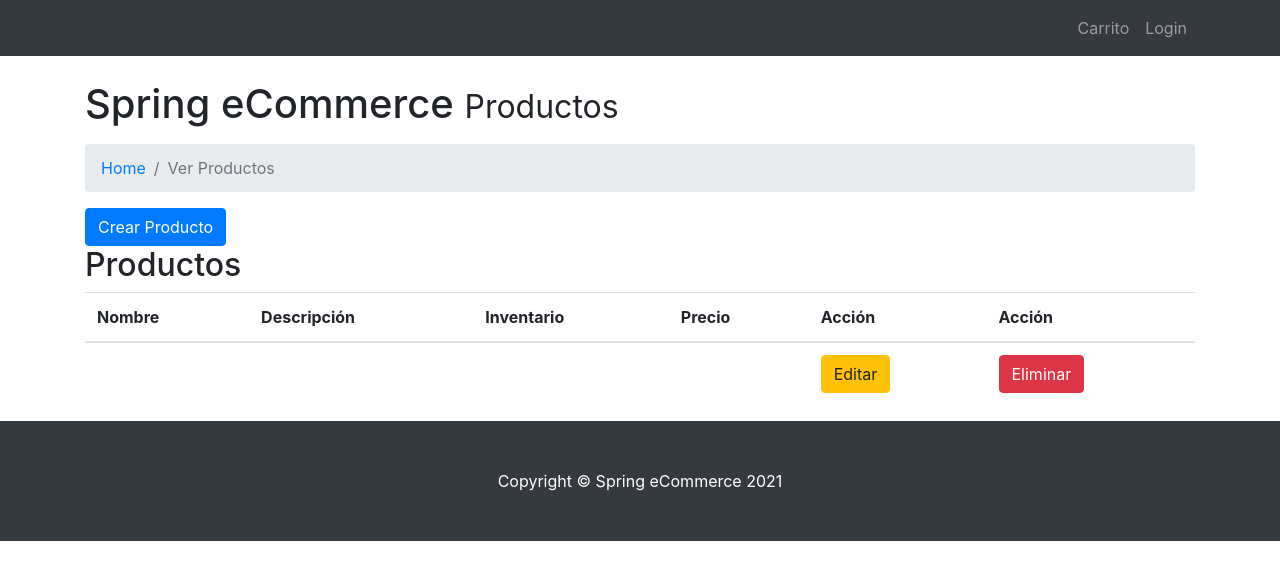
Repository: alexpool1122/Caso_Final_Laboratorio
Page: http://localhost/habitaciones
These files come from the project's save history. The page is drawn as it stood at one moment and after the next save; the edit follows.
The browser window is 1280 px wide. The pictures show the whole page.
The page is this project's Thymeleaf template; nobody is signed in. Other server files are loaded and not shown. The template is opened directly, without the code that normally fills it, so the values that code supplies are empty.

Above is the page before, as saved 2023-11-23 09:26:53.

### CasoFinal/src/main/resources/templates/habitaciones.html
<!DOCTYPE html>
<html xmlns="http://www.w3.org/1999/xhtml" xmlns:th="http://www.thymeleaf.org">

<head>
	<meta charset="utf-8">
	<meta name="viewport" content="width=device-width, initial-scale=1, shrink-to-fit=no">
	<meta name="description" content="">
	<meta name="author" content="">
	<title>Habitaciones</title>

	<link th:href="@{vendor/bootstrap/css/bootstrap.min.css}" rel="stylesheet">

	<link th:href="@{css/heroic-features.css}" rel="stylesheet">

</head>

<body>

	  <div th:include="templado_header_footer.html::header"></div>

	<!-- Page Content -->
	<div class="container">


		<!-- Page Heading/Breadcrumbs -->
		<h1 class="mt-4 mb-3">
			Spring eCommerce <small>Productos</small>
		</h1>

		<ol class="breadcrumb">
			<li class="breadcrumb-item"><a href="index.html">Home</a></li>
			<li class="breadcrumb-item active">Ver Productos</li>
		</ol>

		<a class="btn btn-primary" href="#"> Crear Producto</a>
		<h2>Productos</h2>
		<table class="table">
			<thead>
				<tr>
					<th scope="col">Nombre</th>
					<th scope="col">Descripción</th>
					<th scope="col">Inventario</th>
					<th scope="col">Precio</th>
					<th scope="col">Acción</th>
					<th scope="col">Acción</th>
				</tr>
			</thead>
			<tbody>
				<tr>
					<td></td>
					<td></td>
					<td></td>
					<td></td>
					<td><a class="btn btn-warning" href="">Editar</a> </td>
					<td><a class="btn btn-danger" href="">Eliminar</a> </td>
				</tr>
			</tbody>
		</table>

	</div>
	<!-- /.container -->

	  <div th:include="templado_header_footer.html::footer"></div>


	<script th:src="@{vendor/jquery/jquery.min.js}"></script>
    <script th:src="@{vendor/bootstrap/js/bootstrap.bundle.min.js}"></script>
</body>

</html>

### CasoFinal/src/main/resources/templates/templado_header_footer.html
<!DOCTYPE html>
<html xmlns="http://www.w3.org/1999/xhtml" xmlns:th="http://www.thymeleaf.org">

<head>
	<meta charset="utf-8">
	<meta name="viewport" content="width=device-width, initial-scale=1, shrink-to-fit=no">
	<meta name="description" content="">
	<meta name="author" content="">
	<title>Reservas</title>

	<link th:href="@{vendor/bootstrap/css/bootstrap.min.css}" rel="stylesheet">

	<link th:href="@{css/heroic-features.css}" rel="stylesheet">

</head>

<body>

	<div th:fragment="header">
		<nav class="navbar navbar-expand-lg navbar-dark bg-dark fixed-top">
			<div class="container">
				<button class="navbar-toggler" type="button" data-toggle="collapse" data-target="#navbarResponsive"
					aria-controls="navbarResponsive" aria-expanded="false" aria-label="Toggle navigation">
					<span class="navbar-toggler-icon"></span>
				</button>
				<div class="collapse navbar-collapse" id="navbarResponsive">
					<ul class="navbar-nav ml-auto">
						<li class="nav-item"><a class="nav-link" href="carrito.html">Carrito</a></li>
						<li class="nav-item"><a class="nav-link" href="login.html">Login</a></li>
					</ul>
				</div>
			</div>
		</nav>
	</div>

	<div th:fragment="footer">
		<footer class="py-5 bg-dark">
			<div class="container">
				<p class="m-0 text-center text-white">Copyright &copy; Spring eCommerce 2021</p>
			</div>

		</footer>
	</div>
	<script th:src="@{vendor/jquery/jquery.min.js}"></script>
	<script th:src="@{vendor/bootstrap/js/bootstrap.bundle.min.js}"></script>

</body>

</html>

Loaded but not shown: CasoFinal/src/main/resources/static/css/heroic-features.css (common file)

After the next save:
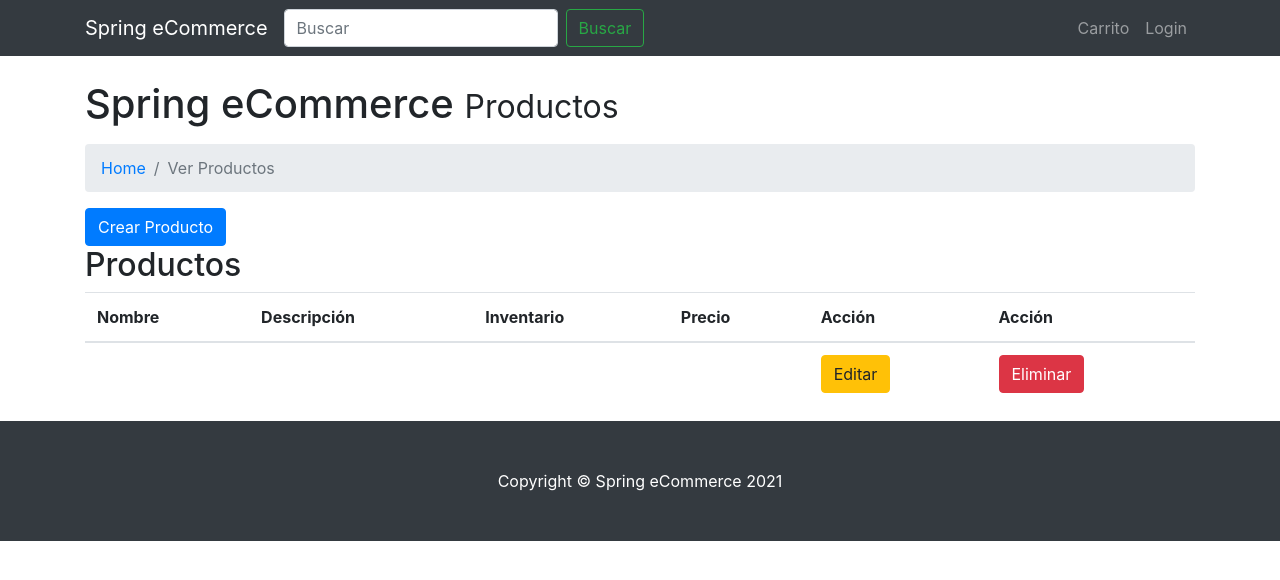
Saved 26 s later.
--- a/CasoFinal/src/main/resources/templates/templado_header_footer.html
+++ b/CasoFinal/src/main/resources/templates/templado_header_footer.html
@@ -19,6 +19,15 @@
 	<div th:fragment="header">
 		<nav class="navbar navbar-expand-lg navbar-dark bg-dark fixed-top">
 			<div class="container">
+				<a class="navbar-brand" href="#">Spring eCommerce</a>
+
+				<form class="form-inline my-2 my-lg-0" method="post" action="#">
+					<input class="form-control mr-sm-2" type="search" placeholder="Buscar" aria-label="Search"
+						name="nombre" autocomplete="off">
+					<button class="btn btn-outline-success my-2 my-sm-0" type="submit">Buscar</button>
+				</form>
+
+
 				<button class="navbar-toggler" type="button" data-toggle="collapse" data-target="#navbarResponsive"
 					aria-controls="navbarResponsive" aria-expanded="false" aria-label="Toggle navigation">
 					<span class="navbar-toggler-icon"></span>
